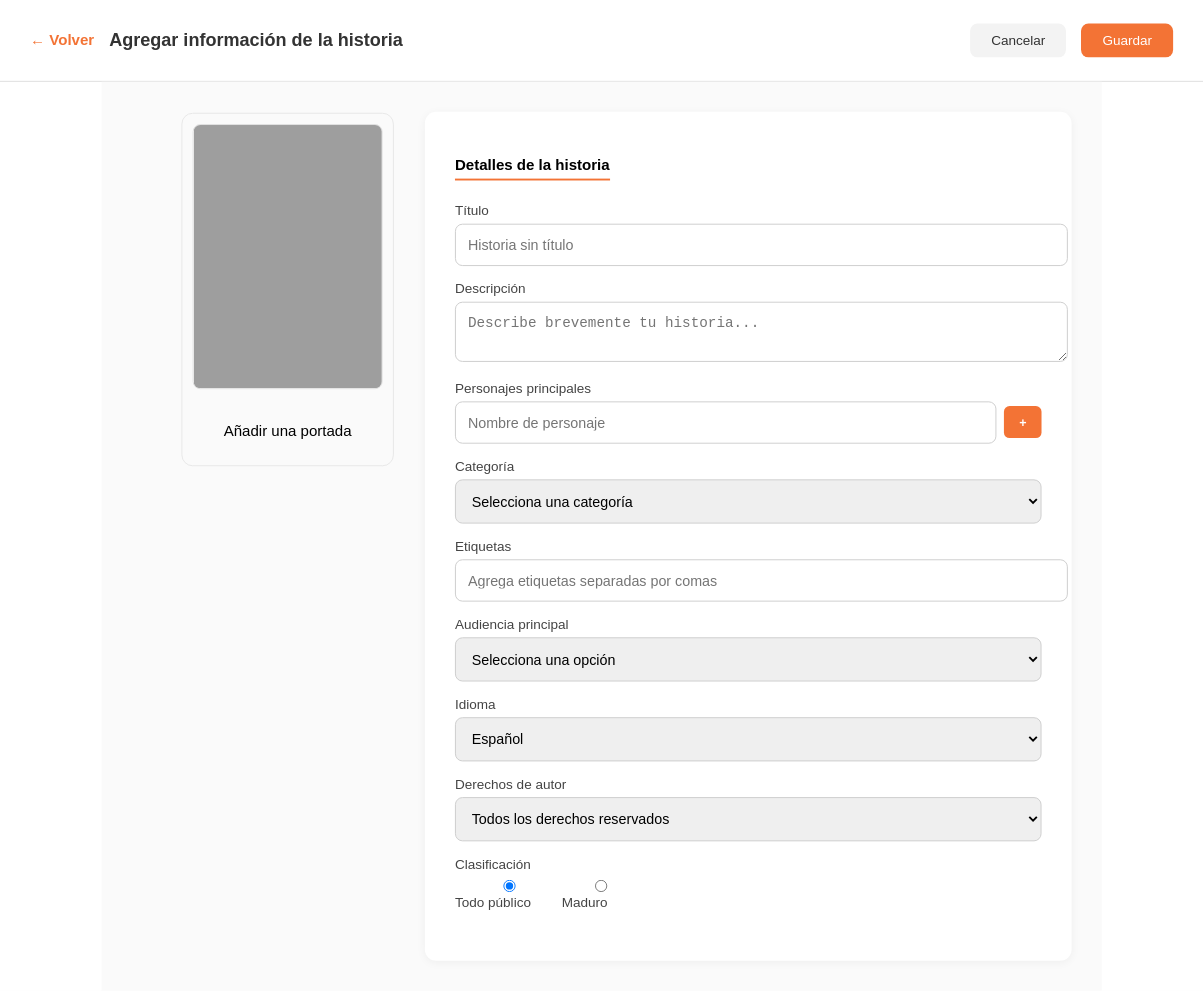
Repository: Mellowdarkl/willpig_studio
Page: .env/html_backup/indexCreti.html
An editor plug-in stored every save of this project. The page is shown before and after the next save, followed by the edit.
The browser window is 1280 px wide. The pictures show the whole page, at 94% of full size.
Pictures or frames that could not be fetched are drawn as grey boxes.

Above is the page before, as saved 2025-11-11 13:09:51.

### .env/html_backup/indexCreti.html
<!DOCTYPE html>
<html lang="es">
<head>
  <meta charset="UTF-8" />
  <meta name="viewport" content="width=device-width, initial-scale=1.0" />
  <title>Crear historia | Willpig Studio</title>
  <link rel="stylesheet" href="style1.2.css" />
  <link rel="icon" type="image/x-icon" href="/public/img/img.ico/logo.ico" />
</head>
<body>

  <!-- 🧭 Barra superior -->
  <header class="story-header">
    <div class="header-left">
      <a href="/" class="back-link">← Volver</a>
      <h2>Agregar información de la historia</h2>
    </div>

    <div class="header-actions">
      <button class="btn-canceler">Cancelar</button>
      <button class="btn-savever">Guardar</button>
    </div>
  </header>

  <!--  Contenedor principal -->
  <main class="new-storys">
    <!--  Lado izquierdo: portada -->
    <div class="story-cover">

    <div class="story-cover">
      <label for="portada" class="cover-box">
        <img src="/public/img/img.ico/image-icon.png" alt="" class="cover-icon">
        <p>Añadir una portada</p>
      </label>
        <input type="file" id="portada" accept="image/*" hidden>
    </div>


    <!--  Lado derecho: formulario -->
    <form class="story-form" action="/newstory" method="POST">
      <section class="story-details">
        <h3>Detalles de la historia</h3>

        <div class="form-group">
          <label for="titulo">Título</label>
          <input type="text" id="titulo" name="titulo" placeholder="Historia sin título" required>
        </div>

        <div class="form-group">
          <label for="descripcion">Descripción</label>
          <textarea id="descripcion" name="descripcion" placeholder="Describe brevemente tu historia..."></textarea>
        </div>

        <div class="form-group">
          <label for="personajes">Personajes principales</label>
          <div class="inline-group">
            <input type="text" id="personajes" name="personajes" placeholder="Nombre de personaje">
            <button type="button" class="btn-add">+</button>
          </div>
        </div>

        <div class="form-group">
          <label for="categoria">Categoría</label>
          <select id="categoria" name="categoria">
            <option value="">Selecciona una categoría</option>
            <option value="fantasia">Fantasía</option>
            <option value="romance">Romance</option>
            <option value="aventura">Aventura</option>
            <option value="drama">Drama</option>
            <option value="infantil">Infantil</option>
          </select>
        </div>

        <div class="form-group">
          <label for="etiquetas">Etiquetas</label>
          <input type="text" id="etiquetas" name="etiquetas" placeholder="Agrega etiquetas separadas por comas">
        </div>

        <div class="form-group">
          <label for="audiencia">Audiencia principal</label>
          <select id="audiencia" name="audiencia">
            <option value="">Selecciona una opción</option>
            <option value="general">General</option>
            <option value="adolescentes">Adolescentes</option>
            <option value="adultos">Adultos</option>
          </select>
        </div>

        <div class="form-group">
          <label for="idioma">Idioma</label>
          <select id="idioma" name="idioma">
            <option value="es">Español</option>
            <option value="en">Inglés</option>
          </select>
        </div>

        <div class="form-group">
          <label for="derechos">Derechos de autor</label>
          <select id="derechos" name="derechos">
            <option value="todos">Todos los derechos reservados</option>
            <option value="compartido">Uso compartido con créditos</option>
            <option value="libre">Dominio público</option>
          </select>
        </div>

        <div class="form-group">
          <label>Clasificación</label>
          <div class="inline-group">
            <label><input type="radio" name="clasificacion" value="todo" checked> Todo público</label>
            <label><input type="radio" name="clasificacion" value="maduro"> Maduro</label>
          </div>
        </div>
      </section>
    </form>
  </main>

</body>
<script>
  const input = document.getElementById("portada");
  const label = document.querySelector(".cover-box");

  input.addEventListener("change", function() {
    const file = this.files[0];
    if (file) {
      const imgURL = URL.createObjectURL(file);
      label.innerHTML = `<img src="${imgURL}" style="width:100%; height:100%; object-fit:cover; border-radius:12px;">`;
    }
  });
</script>
</html>

### .env/html_backup/style1.2.css
/*============================ Variables CSS ========================*/
:root {
  --orange: #94d5e6;
  --light-gray: #f5f5f5;
  --text-dark: #333;
  --text-light: #fff;
  --hover-bg: #ffe7d6;
  --transition: all 0.3s ease;
  --radius: 10px;
  font-family: 'Poppins', sans-serif;
}

/* === General === */
body {
  margin: 0;
  background: var(--light-gray);
  color: var(--text-dark);
}

/* 🌞 Modo claro por defecto */
body {
  background-color: rgb(22, 22, 22);
  color: rgb(250, 250, 250);
  transition: background-color 0.5s ease, color 0.5s ease;
}


body.dark-mode {
  background-color: #121212;
  color: #f0f0f0;
}
a {
  text-decoration: none;
  color: inherit;
}
a:hover {
  color: var(--orange);
}
/* === Navbar === */
.navbar {
  display: flex;
  align-items: center;
  justify-content: space-between;
  background-color: #99d6e0;
  padding: 8px 20px;
  font-family: 'Helvetica Neue', sans-serif;
  position: relative;
  top: 0;
  z-index: 10;
  height: 50px;
  box-sizing: border-box;
}

.logo-fig img {
  max-height: 58px; /* el logo nunca será más alto que esto */
  width: auto; /* mantiene proporción */
  object-fit: contain;
  margin-right: 1px;
  display: block; /* elimina efectos de línea base */
  align-items: left;
}

.logo {
  display: flex;
  align-items: center;
  cursor: pointer;
}

.logo-text {
  font-size: 20px;
  font-weight: 600;
  color: #0c2147;
  margin-left: 5px;
}

.search-bar {
  border-radius: 3px;
  padding: 9px 15px;
  border: none;
  width: 300px;
  outline: none;
  font-size: 14px;
  margin-right: 60%;
}

.S1mMa {
  width: 12px;
  height: 12px;
  margin-left: 4px;
  vertical-align: middle;
  margin-right: 0.5px;
  align-items: 14px;

}

.nav-actions {
  display: flex;
  align-items: center;
  gap: 0.1px;
}

/* Dropdown general */
.dropdown {
  position: relative;
}

.dropdown-trigger {
  display: flex;
  align-items: center;
  gap: 0.1px;
  cursor: pointer;
}

/* Botones */
.dropbtn {
  background: none;
  border: none;
  font-size: 14px;
  cursor: pointer;
  padding: 6px 6px;
  color: var(--text-dark);
  color: #121212;
}

/* Flechas */
.S1mMa {
  width: 12px;
  height: 12px;
  vertical-align: middle;
  margin-left: 2px;
}

/* Avatar */
.avatar-sm {
  width: 32px;
  height: 32px;
  border-radius: 50%;
  object-fit: cover;
}

/* Menú desplegable */
.dropdown-content {
  position: absolute;
  top: 100%;
  right: 0;
  background-color: white;
  display: none;
  flex-direction: column;
  box-shadow: 0 2px 8px rgba(0,0,0,0.15);
  z-index: 100;
  min-width: 160px;
}

/* Mostrar al pasar el cursor */
.dropdown:hover .dropdown-content {
  display: flex;
}

/* Contenedor general */
.dropdown.profile {
  position: relative;
  display: flex;
  align-items: center;
  cursor: pointer;
}

/* Avatar */
.avatar-sm {
  width: 32px;
  height: 32px;
  border-radius: 50%;
  object-fit: cover;
}

/* Flecha */
.S1mMa {
  width: 12px;
  height: 12px;
  margin-left: 2px;
  vertical-align: middle;
}

/* Menú desplegable */
.dropdown-content {
  position: absolute;
  top: 100%;
  right: 0;
  background-color: white;
  display: none;
  flex-direction: column;
  box-shadow: 0 2px 8px rgba(0,0,0,0.15);
  z-index: 100;
  min-width: 160px;
}

/* Mostrar al pasar el cursor por el avatar o flecha */
.dropdown.profile:hover .dropdown-content {
  display: flex;
}

/* Mostrar al pasar el cursor por el trigger */
.dropdown:hover .dropdown-content {
  display: flex;
}

.modo-btn {
  background: color(srgb rgb(230, 0, 0));
  border: none;
  font-size: 22px;
  cursor: pointer;
  transition: transform 0.2s ease;
}

.modo-btn:hover {
  transform: scale(1.2);
}

.nav-actions {
  display: flex;
  align-items: center;
  gap: 1rem;
}

.dropbtn {
  background: none;
  border: none;
  color: var(--text-light);
  font-weight: 500;
  cursor: pointer;
  padding: 0.1rem 0.5rem;
  position: static;
}

.dropdown-content {
  display: none;
  position: absolute;
  background: white;
  border-radius: var(--radius);
  box-shadow: 0 2px 10px rgba(0,0,0,0.1);
}

.dropdown:hover .dropdown-content {
  display: block;
}

.dropdown-content a {
  display: block;
  padding: 0.6rem 1rem;
  color: var(--text-dark);
  text-decoration: none;
}

.dropdown-content a:hover {
  background: var(--hover-bg);
}

/* === Carrusel === */
.hero-carousel {
  position: relative;
}

.carousel {
  display: flex;
  overflow: hidden;
}

.slide {
  min-width: 100%;
  position: relative;
  transform: opacity 5s ease-in-out;
}
.slide {
  display: block;
}

.carousel {
  position: relative;
  overflow: hidden;
}

.slide {
  display: none;
  width: 100%;
  transition: opacity 1s ease-in-out;
}

.slide.active {
  display: block;
}

.slide img {
  width: 100%;
  height: 450px;
  object-fit: cover;
}

.caption {
  position: absolute;
  bottom: 5cqb;
  left: 15px;button {
  border: none;
  border-radius: 25px; /* 🔸 más redondo */
  padding: 10px 25px;
  background-color: #5fa55a;
  color: rgb(255, 255, 255);
  font-weight: 600;
  cursor: pointer;
  transition: background-color 0.3s ease, transform 0.2s ease;
}

button:hover {
  background-color: #88cc50; /* color cálido al pasar el cursor */
  transform: scale(1.05);
}

  background: none;
  color: #f0f0f0;
  padding: 0.9rem;
  border-radius: var(--radius);

}

.carousel-controls {
  position: absolute;
  top: 50%;
  width: 100%;
  display: flex;
  justify-content: space-between;
}

.carousel-controls button {
  background: rgba(44, 44, 44, 0.5);
  color: white;
  border: none;
  font-size: 1rem;
  cursor: pointer;
  border-radius: 50%;
  padding: 0.5rem 1rem;
  position: relative;
}

/* === Secciones de historias === */
.stories-section {
  margin: 2rem;
  align-items: center;
}

.stories-section h2 {
  margin-bottom: 1rem;
  margin-left: 260px; /* leve desplazamiento visual para armonía */
  font-size: 1.5rem;
}

.stories-section {
  margin: 3rem auto;
  max-width: 90%; /* limita el ancho total para que el título y libros estén alineados */
}

.scroll-container {
  display: flex;
  flex-wrap: wrap; /* permite que los libros salten a otra línea si no caben */
  justify-content: center;
  gap: 1rem;
  padding: 10px;
  overflow-x: auto; /* mantiene el scroll si hay demasiados */
  box-sizing: border-box;
  padding: 0.8rem 10px 1rem 10px;
}

.story-card {
  flex: 1 1 150px; /*  permite adaptación dinámica */
  max-width: 180px; /*  evita que crezcan demasiado */
  min-width: 140px; /*  evita que se deformen en zoom alto */
  background: white;
  border-radius: var(--radius);
  box-shadow: 0 2px 5px rgba(0, 0, 0, 0.1);
  text-align: center;
  transition: var(--transition);
  background-color: #f5f5f5;
  color: #000000;
  transition: cubic-bezier(0.075, 0.82, 0.165, 1) all 0.3s;
}


.story-card img {
  width: 100%;
  height: auto;
  border-radius: var(--radius) var(--radius) 0 0;
  object-fit: cover;
  color: #000000;
}

.story-card:hover {
  transform: scale(1.05);
}

.story-card img {
  width: 100%;
  border-radius: var(--radius) var(--radius) 0 0;
  height: 220px;
  object-fit: cover;
}

.leer_story {
  margin-top: 10px;
  margin-bottom: 10px;
  border: none;
  border-radius: 15px; /* 🔸 más redondo */
  padding: 10px 25px;
  background-color: #5fa55a;
  color: rgb(255, 255, 255);
  font-weight: 600;
  cursor: pointer;
  transition: background-color 0.3s ease, transform 0.2s ease;
}
.leer_story:hover {
  background-color: #88cc50; /* color cálido al pasar el cursor */
  transform: scale(1.05);
}

.navbar:hover .dropbtn {
  color: var(--text-bright);
}
.story-card h3 {
  margin: 0.5rem 0;
  font-size: 1rem;
  color: var(--text-dark);
  color: #ffffff;
  transition: all 0.3s ease;
  background-color: #000000;
}
.scroll-btn {
  position: absolute;
  top: 35%;
  background: rgba(255,255,255,0.8);
  border: none;
  font-size: 1.5rem;
  cursor: pointer;
  border-radius: 50%;
  padding: 0.3rem 0.6rem;
  transition: var(--transition);
}

.scroll-btn:hover {
  background: var(--orange);
  color: rgb(201, 13, 13);
}

.scroll-btn.left { left: -5px; }
.scroll-btn.right { right: -5px; }

/* === Historia destacada === */
.featured-story {
  display: flex;
  margin: 3rem 2rem;
  background: white;
  border-radius: var(--radius);
  overflow: hidden;
  background-color: rgb(255, 255, 255);
  color: black;
  transition: background-color 0.5s ease, color 0.5s ease;
  border: #f0f0f0 1px solid;
}

.featured-story img {
  width: 50%;
  object-fit: cover;
}

.featured-story .info {
  padding: 2rem;
}

/* === Footer === */
footer {
  background: #ffffff;
  text-align: center;
  padding: 2rem;
  font-size: 0.9rem;
  color: #012464;
}

.footer-links {
  display: flex;
  justify-content: center;
  gap: 1.5rem;
  flex-wrap: wrap;
  margin-bottom: 0.8rem;

}

.footer-links a {
  color: #444;
  text-decoration: none;
}

.footer-links a:hover {
  text-decoration: underline;
}

.footer-links {
  padding: 0px 20px;
}

.footer-links {
  max-width: 600px;
  margin: 0 auto;
}

.scroll-container {
  display: flex;
  justify-content: center; /* Centra horizontalmente */
  align-items: center;     /* Centra verticalmente */
  flex-wrap: wrap;         /* Para que salten de línea si hay muchas */
  gap: 1.5rem;             /* Espaciado entre tarjetas */
  padding: 20px;
}

.theme-color {
  background: #99d6e0;
  border: none;
  color: var(--text-light);
  font-weight: 100;
  cursor: pointer;
}

body {
  background-color: white;
  color: black;
  transition: background-color 0.5s ease, color 0.5s ease;
}

body.dark-mode {
  background-color: black;
  color: white;
}
body.dark-mode .featured-story {
  background-color: #1c1c1c;
  color: #f0f0f0;
}
/*=======Final pagina principal======*/

/* ======= FORMULARIO DE REGISTRO ======= */
html, body {
  margin: 0;
  padding: 0;
}

.register-container-igm {
  display: flex;
  justify-content: center;
  align-items: center;
  height: 100vh;
  background-image: url('/public/img/img.ico/fondo_register.jpg'); /* ✅ sin /public */
  background-size: cover;
  background-position: center;
}

.logo-LTRA {
  position: absolute;
  top: 40px ;
  left: 460px;
}

.logo-LTRA img {
  height: 80px;
}

.register-card {
  background: rgba(255, 255, 255, 0.96);
  padding: 2.5rem;
  border-radius: 15px;
  box-shadow: 0 4px 20px rgba(0,0,0,0.20);
  width: 100%;
  max-width: 420px;
  text-align: center;
  backdrop-filter: blur(6px);
}

.register-card h1 {
  font-size: 1.8rem;
  margin-bottom: 1rem;
  color: var(--accent-color, #f39135);
}

.register-form .form-group {
  text-align: left;
  margin-bottom: 1.2rem;
}

.register-form input {
  width: 100%; /* ✅ ya no corta el ancho */
  padding: 0.8rem;
  border: 1px solid #ccc;
  border-radius: 8px;
  font-size: 1rem;
}

.register-form input:focus {
  border-color: var(--accent-color, #f39135);
  box-shadow: 0 0 4px rgba(243,115,53,0.3);
}

/* Botón */
.btn-register {
  background-color: #040225;
  color: white;
  border: none;
  width: 100%;
  padding: 0.9rem;
  border-radius: 10px;
  cursor: pointer;
}

.btn-register:hover {
  background-color: #3d3d3d;
}

/* Link de login */
.login-link a {
  color: #040225;
  font-weight: 600;
  text-decoration: none;
}

.login-link a:hover {
  text-decoration: underline;
}

/*=======Final formulario de registro======*/

/* ====== FORMULARIO DE LOGIN ====== */
main.loginIn-container .btn-loginIn {
  /* estilos aquí */
  .loginIn-container {
  display: flex;
  justify-content: center;
  align-items: center;

}
.loginPin-card {
  background: #fff;
  padding: 2.5rem;
  border-radius: 15px;
}
  box-shadow: 0 4px 20px rgba(0,0,0,0.08);
  width: 100%;
  max-width: 420px;
  text-align: center;


}
html, body {
  margin: 0;
  padding: 0;
}
.register-container {
  display: flex;
  justify-content: center;
  align-items: center;
  margin-left: auto;
  margin-right: 40vh;
}

.loginIn-container {
  display: flex;
  justify-content: center;
  align-items: center;
  height: 100vh;
  background-color: var(--background-color, #fff);
  left: 400vh;
}

.loginPin-card {
  background: #fff;
  padding: 2.5rem;
  border-radius: 15px;
  box-shadow: 0 4px 20px rgba(0,0,0,0.08);
  width: 100%;
  max-width: 420px;
  text-align: center;
  left: 400vh;
}

.loginPin-card h1 {
  font-size: 1.8rem;
  margin-bottom: 1rem;
  color: var(--accent-color, #f37335);
}

/* ====== LOGIN ESTILO POCKET ====== */
.login-pocketIN {
  display: flex;
  height: 100vh;
  background-color: #fff;
}

/* Lado izquierdo con imagen */
.login-visual {
  flex: 1;
  background-color: #fafafa;
  display: flex;
  justify-content: center;
  align-items: center;
  padding: 2rem;
}

.login-visual img {
  width: 90%;
  max-width: 600px;
  border-radius: 10px;
  box-shadow: 0 4px 30px rgba(0, 0, 0, 0.1);
}

/* Lado derecho con formulario */
.login-form-section {
  flex: 1;
  display: flex;
  justify-content: center;
  align-items: center;
  padding: 2rem;
}

.login-box {
  width: 90%;
  max-width: 400px;
  text-align: center;
}

.login-box h1 {
  color: var(--accent-color, #f39135);
  font-size: 1.8rem;
  margin-bottom: 3rem;
}

.login-box p {
  color: #666;
  margin-bottom: 1.5rem;
}

.form-login .form-group {
  text-align: left;
  margin-bottom: 1rem;
}

.form-login label {
  display: block;
  font-size: 0.9rem;
  color: #444;
  margin-bottom: 0.3rem;
}

.form-login input {
  width: 88%;
  padding: 0.8rem;
  border: 1px solid #ccc;
  border-radius: 8px;
  font-size: 1rem;
  outline: none;
  transition: 0.3s;
}

.form-login input:focus {
  border-color: var(--accent-color, #f37335);
  box-shadow: 0 0 5px rgba(243,115,53,0.3);
}

.btn-login-pocket {
  background-color: var(--accent-color, #070658);
  color: white;
  border: none;
  border-radius: 8px;
  width: 80%;
  padding: 0.9rem;
  font-size: 1rem;
  cursor: pointer;
  transition: background 0.3s ease;
}

.btn-login-pocket:hover {
  background-color: #303030;
}

.forgot {
  display: block;
  margin-top: 0.8rem;
  color: #1d1d1d;
  font-size: 1rem;
  text-decoration: none;
}

.divider {
  margin: 1.5rem 0;
  position: relative;
  text-align: center;
  color: #aaa;
}

.divider::before, .divider::after {
  content: "";
  position: absolute;
  top: 50%;
  width: 40%;
  height: 1px;
  background-color: #ddd;
}

.divider::before { left: 0; }
.divider::after { right: 0; }

.social-login {
  display: flex;
  flex-direction: column;
  gap: 0.7rem;
}

.social-btn {
  border: 1px solid #ddd;
  border-radius: 8px;
  padding: 0.8rem;
  background-color: #fff;
  cursor: pointer;
  transition: background 0.3s;
}

.social-btn:hover {
  background-color: #f8f8f8;
}

.google { color: #252525; }
/*
.telefono { color: #000; }
.facebook { color: #e66000; }
*/
social-btn google img {
  width: 20px;
  height: 20px;
  vertical-align: middle;
  margin-right: 12px;
  gap: 10px;
  padding: 0.5rem 1rem;
}
.register-text {
  margin-top: 1.5rem;
  font-size: 0.9rem;
}

.register-text a {
  color: var(--accent-color, #f37335);
  font-weight: 500;
  text-decoration: none;
}

.register-text a:hover {
  text-decoration: underline;
}

/* Responsivo */
@media (max-width: 850px) {
  .login-pocket {
    flex-direction: column;
    height: auto;
  }

  .login-visual {
    display: none;
  }

  .login-form-section {
    padding: 3rem 1rem;
  }
}

/* ====== OPCIONES EXTRA DEL LOGIN ====== */
.form-options {
  text-align: left;
  margin: 0.5rem 0 1rem;
  font-size: 0.9rem;
  color: #555;
}

.form-options input[type="checkbox"] {
  margin-right: 0.4rem;
  accent-color: var(--accent-color, #f37335);
}

/* ====== FORMULARIO DE NOTIFICACIÓN ====== */
.story-header {
  display: flex;
  justify-content: space-between;
  align-items: center;
  background: #fff;
  border-bottom: 1px solid #ddd;
  padding: 1rem 2rem;
}

.story-header .header-left {
  display: flex;
  align-items: center;
  gap: 1rem;
}

.story-header h2 {
  font-size: 1.2rem;
  color: #333;
}

.back-link {
  color: var(--accent-color, #f37335);
  text-decoration: none;
  font-weight: bold;
}

.header-actions {
  display: flex;
  gap: 1rem;
}

.btn-canceler, .btn-savever {
  padding: 0.6rem 1.4rem;
  border-radius: 8px;
  font-size: 0.9rem;
  border: none;
  cursor: pointer;
  transition: 0.3s;
}

.btn-canceler {
  background: #f3f3f3;
  color: #333;
}

.btn-canceler:hover { background: #e5e5e5; }

.btn-savever {
  background: var(--accent-color, #f37335);
  color: white;
}

.btn-savever:hover { background: #e85c1a; }

/* Layout general */
.new-storys {
  display: flex;
  padding: 2rem;
  gap: 2rem;
  background: #fafafa;
  margin: auto;
  max-width: 1000px;
}


/* Portada */
.story-cover {
  flex: 1;
  display: flex;
  justify-content: center;
  align-items: flex-start;
}

.cover-box {
  text-align: center;
  position: relative;
  left: 10px;
  top: 1px;
  border: 0.1px solid #e7e7e7;
  padding: 0.7rem;
  border-radius: 12px;
  box-shadow: 0 2px 10px rgba(252, 252, 252, 0.1);
}

.coverPreview {
  margin-bottom: 1rem;
  position: absolute 0;
  top: 0;
  left: 0;
}

.btn-upload- {
  display: none;
  position: relative;
  top: 0;
  left: 0;
  z-index: 1;
}
.cover-box img {
  width: 200px;
  height: 280px;
  border: 1px solid #ddd;
  border-radius: 8px;
  object-fit: cover;
  margin-bottom: 1rem;
}

.btn-upload {
  background: #f3f3f3;
  border-radius: 8px;
  padding: 0.6rem 1rem;
  cursor: pointer;
  color: #333;
  font-size: 0.9rem;
}

.btn-upload:hover {
  background: #e5e5e5;
}

/* Formulario */
.story-form {
  flex: 2;
  background: #fff;
  padding: 2rem;
  border-radius: 12px;
  box-shadow: 0 2px 10px rgba(0,0,0,0.05);
}

.story-details h3 {
  font-size: 1rem;
  margin-bottom: 1.5rem;
  border-bottom: 2px solid var(--accent-color, #f37335);
  display: inline-block;
  padding-bottom: 0.3rem;
}

.form-group {
  margin-bottom: 1rem;
}

.form-group label {
  display: block;
  margin-bottom: 0.4rem;
  font-size: 0.9rem;
  color: #444;
}

.form-group input,
.form-group textarea,
.form-group select {
  width: 100%;
  padding: 0.8rem;
  border: 1px solid #ccc;
  border-radius: 8px;
  font-size: 0.95rem;
  outline: none;
}

.inline-group {
  display: flex;
  gap: 0.5rem;
  align-items: center;
}

.btn-add {
  padding: 0.6rem 1rem;
  background: var(--accent-color, #f37335);
  border: none;
  color: #fff;
  border-radius: 6px;
  cursor: pointer;
  font-weight: bold;
}

.btn-add:hover {
  background: #e85c1a;
}

/* Responsivo */
@media (max-width: 900px) {
  .new-story {
    flex-direction: column;
    padding: 1rem;
  }

  .story-form {
    padding: 1.5rem;
  }
}

After the next save:
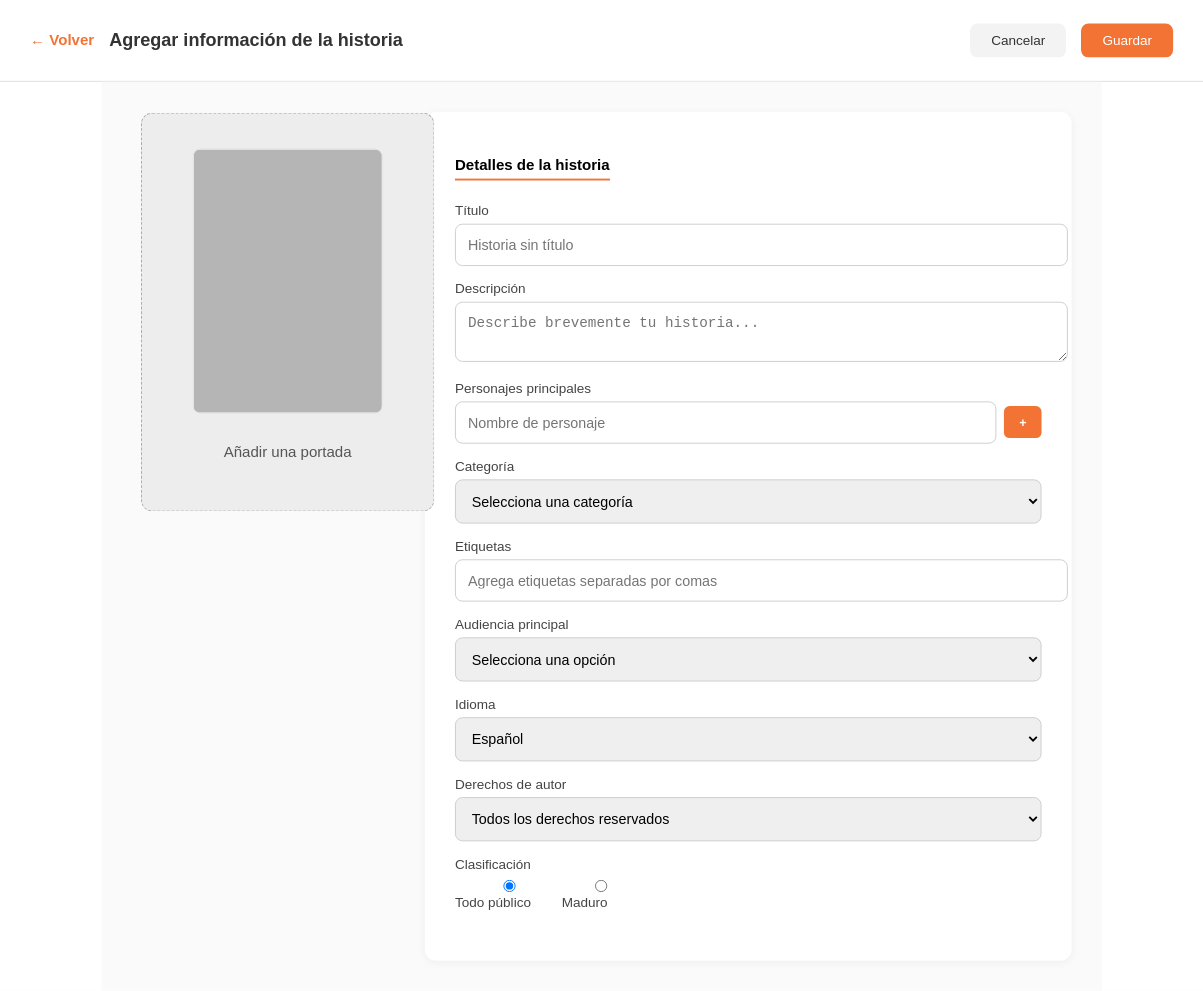
Saved 64 s later.
--- a/.env/html_backup/style1.2.css
+++ b/.env/html_backup/style1.2.css
@@ -969,6 +969,38 @@ social-btn google img {
   box-shadow: 0 2px 10px rgba(252, 252, 252, 0.1);
 }
 
+.story-cover {
+  width: 260px;
+  display: flex;
+  justify-content: center;
+}
+
+.cover-box {
+  width: 100%;
+  height: 400px;
+  background: #ededed;
+  border-radius: 12px;
+  border: 1px dashed #aaa;
+  display: flex;
+  flex-direction: column;
+  justify-content: center;
+  align-items: center;
+  color: #555;
+  cursor: pointer;
+  transition: border .3s ease, background .3s ease;
+}
+
+.cover-box:hover {
+  border-color: var(--accent-color, #f39135);
+  background: #fafafa;
+}
+
+.cover-icon {
+  width: 70px;
+  opacity: 0.7;
+}
+
+
 .coverPreview {
   margin-bottom: 1rem;
   position: absolute 0;
